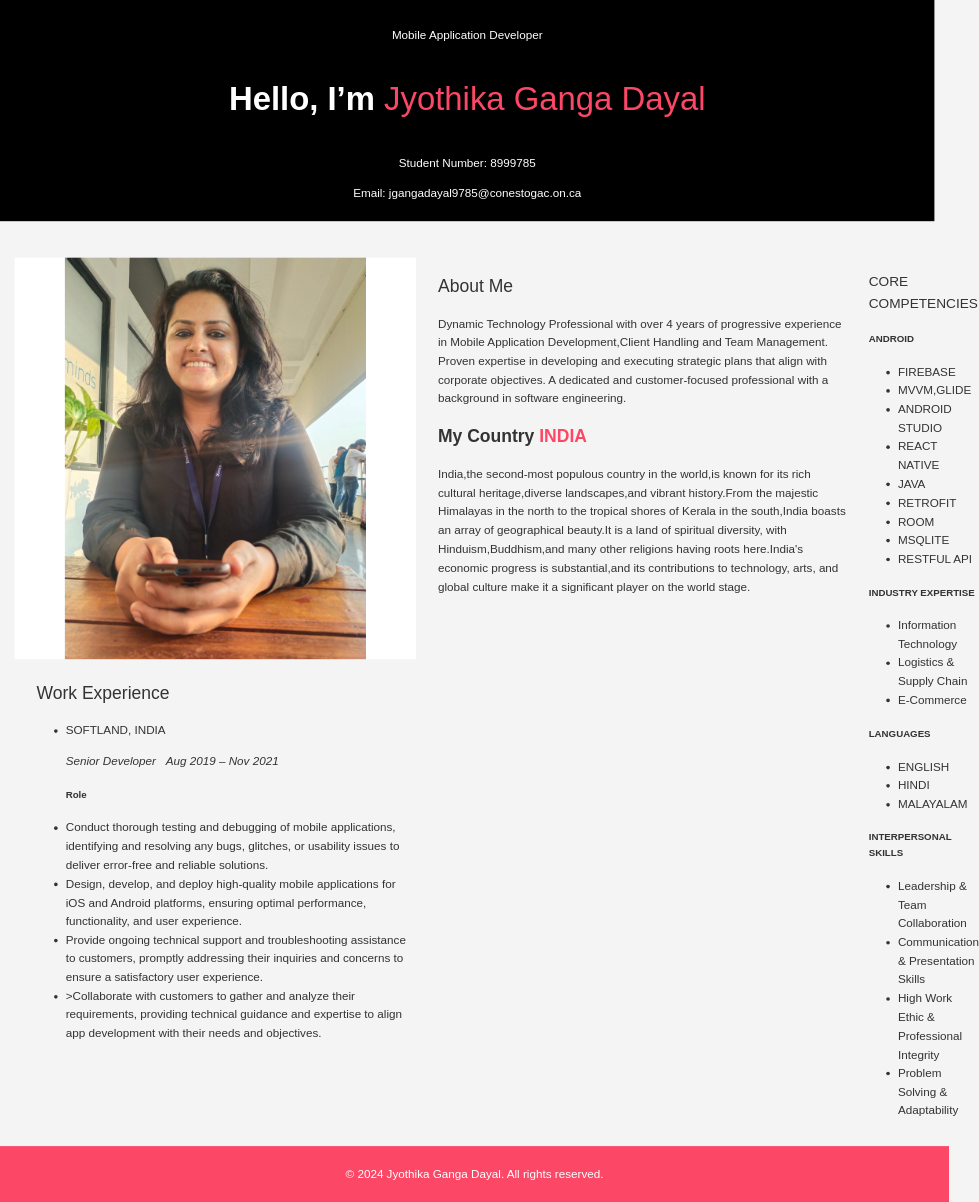
Repository: jyothika123/portfolio
Page: index.html
The author's editor kept a copy of each file at every save. The page is drawn from the files as they stood at one save, then again after the next save.
The browser window is 1280 px wide. The page is 1341 px wide, so the pictures cover 1341 px, including what lies to the right of the window. The pictures show the whole page, at 73% of full size.
Pictures or frames that could not be fetched are drawn as grey boxes. Some web fonts or font styles are not loaded; a fallback is used.

Above is the page before, as saved 2024-09-22 20:30:32.

After the next save:
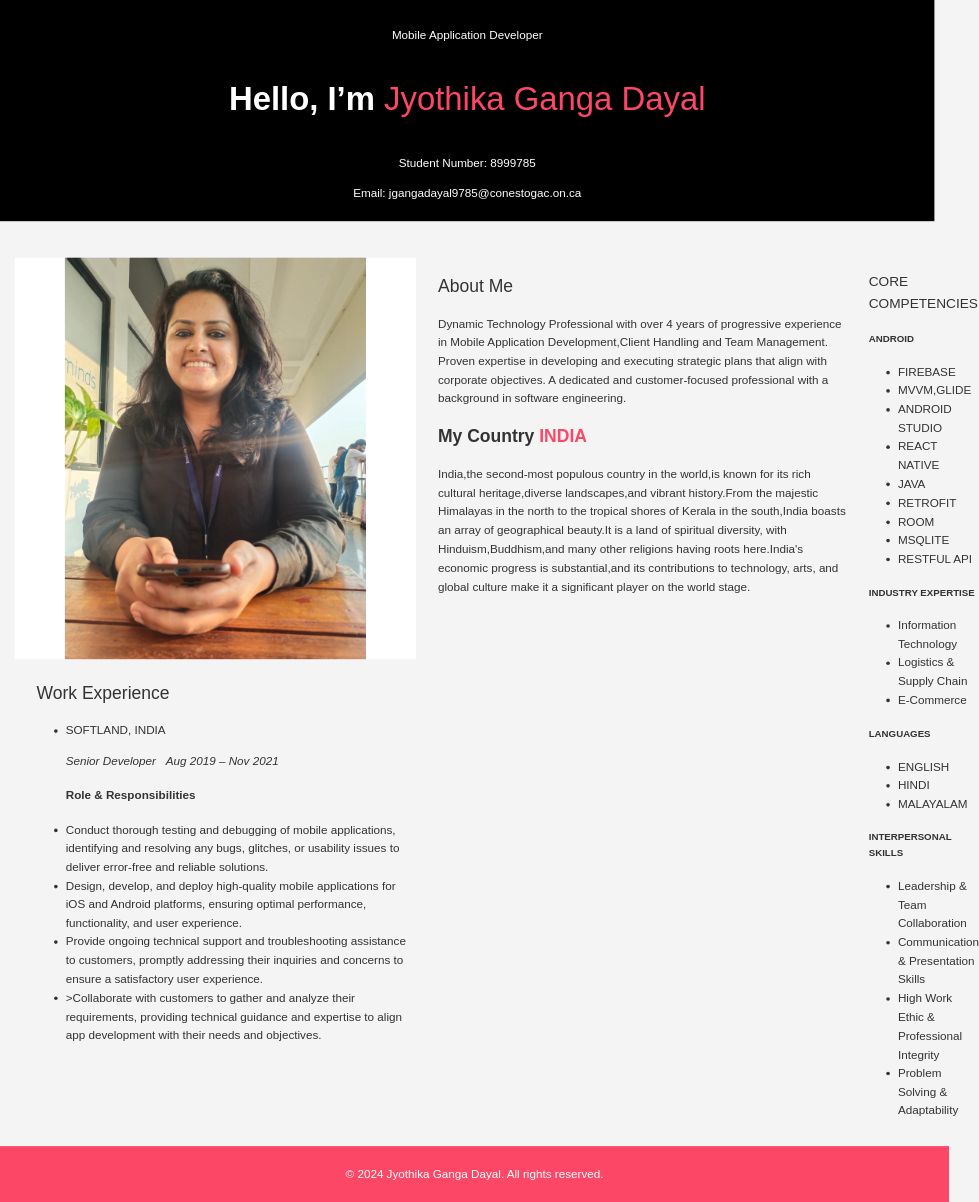
Saved 31 s later.
--- a/index.html
+++ b/index.html
@@ -30,7 +30,7 @@
                                 <li>
                                     <p class="anton-sc-regular">SOFTLAND, INDIA</p>
                                     <p class="position">Senior Developer&nbsp;&nbsp;&nbsp;<span class="position">Aug 2019 – Nov 2021</span></p>
-                                    <h5>Role</h5>
+                                    <h4>Role & Responsibilities</h4>
                                     <li>Conduct thorough testing and debugging of mobile applications,
                                         identifying and resolving any bugs, glitches, or usability issues to
                                         deliver error-free and reliable solutions.</li>
